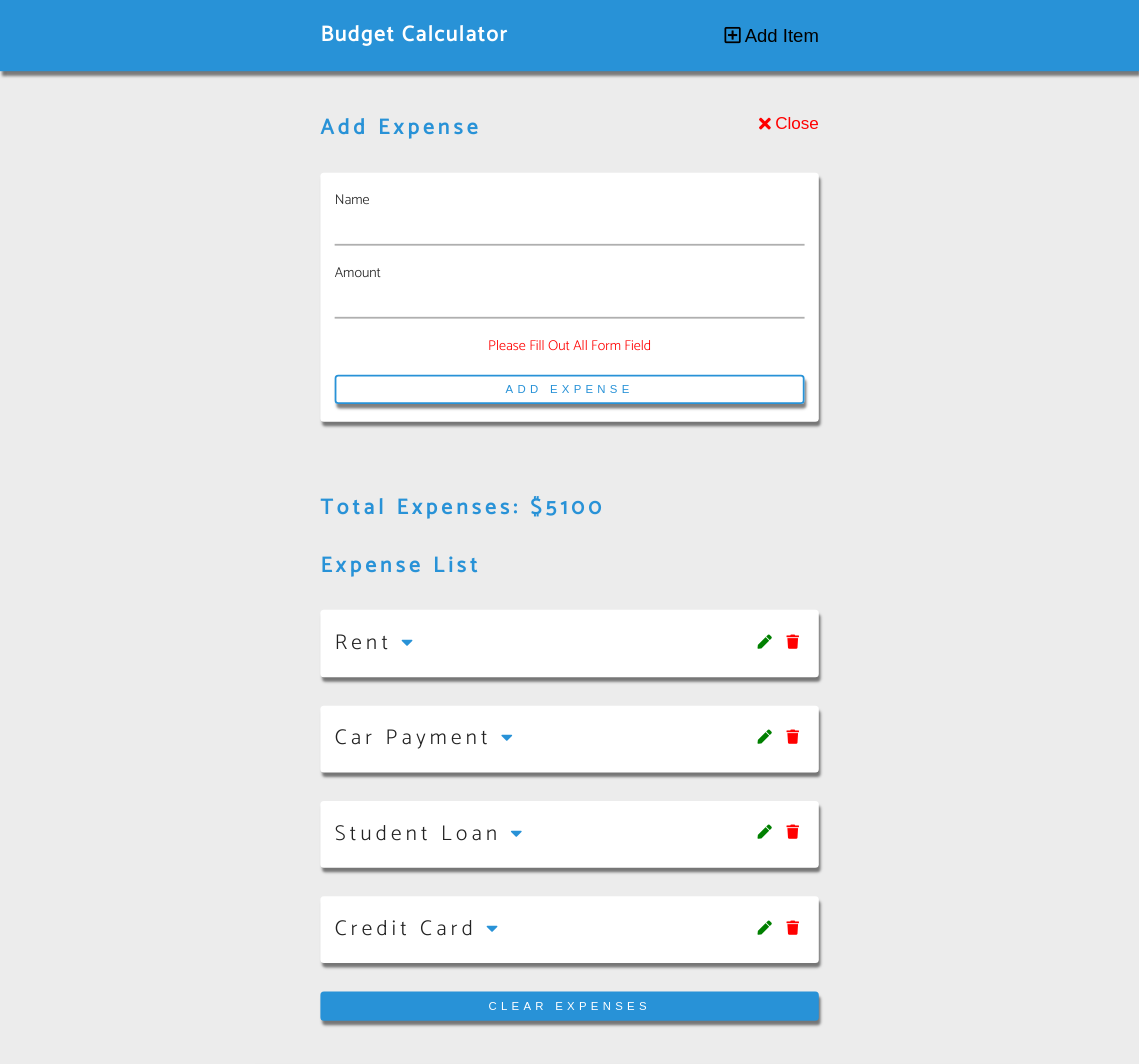
Repository: webdril/budget
Page: /
The author's editor kept a copy of each file at every save. The page is drawn from the files as they stood at one save, then again after the next save.
The browser window is 1280 px wide. The pictures show the whole page, at 89% of full size.
The project was rebuilt for these pictures with package versions that can differ from the ones it lists, and the page was loaded fresh each time.

Above is the page before, as saved 2020-03-13 21:38:41.

### public/index.html
<!DOCTYPE html>
<html lang="en">
<head>
	<meta charset='utf-8'>
	<meta name='viewport' content='width=device-width,initial-scale=1'>

	<title>Budget Calculator</title>

	<link rel='icon' type='image/png' href='/favicon.png'>
	<link rel='stylesheet' href='/global.css'>
	<link rel='stylesheet' href='/build/bundle.css'>
	<!-- Font Awesome -->
	<link rel="stylesheet" href="fontawesome-free-5.11.2-web/css/all.min.css">

	<script defer src='/build/bundle.js'></script>
</head>

<body>
</body>
</html>

### src/App.svelte
<script>
import {setContext} from 'svelte';
// components
import Navbar from './Navbar.svelte'
import ExpensesList from './ExpensesList.svelte'
import Totals from './Totals.svelte'
import ExpenseForm from './ExpenseForm.svelte'

// Data
import expensesData from './expenses';

// variables
let expenses = [...expensesData];
// reactive
$: total = expenses.reduce((acc, curr) => {
	console.log(acc, curr.amount);
	return(acc += curr.amount);
},0);

// functions
function removeExpense(id){
	expenses = expenses.filter(item =>item.id !== id);
}
function clearExpenses(){
	expenses = [];
}

// context
setContext('remove', removeExpense)
</script>

<!-- CSS/STYLING -->

<Navbar />
<main class="content">
<ExpenseForm />
	<Totals title="total expenses" {total} />
	<ExpensesList {expenses}/>
	<button type="button" class="btn btn-primary btn-block" on:click={clearExpenses}> Clear Expenses</button>
</main>

### src/Navbar.svelte
<nav class="nav">
	<div class="nav-center">
		<h1 class="nav-title">Budget Calculator</h1>
		<button type="button" class="nav-btn">
			<i class="far fa-plus-square" />
			Add Item
		</button>
	</div>
</nav>

### src/ExpensesList.svelte
<script>
import SectionTitle from './Title.svelte';
import Expense from './Expense.svelte';
export let expenses = [];
</script>

<style>
    h2 {
        text-transform: capitalize;
    }
</style>

<section>
    <SectionTitle title= 'expense list' />
    <ul>
        {#each expenses as expense, index}
            <!-- <Expense {expense}/> -->
            <!-- Anothr way below -->
            <Expense {...expense} />
            {:else}
                <h2>No Expenses added to the list</h2>
        {/each}
    </ul>
</section>

### src/Totals.svelte
<script>
export let title = 'default title';
export let total = 0;
</script>




<section class="main-title">
<h2>{title}: ${total}</h2>
</section>

### src/ExpenseForm.svelte
<script>
import Title from './Title.svelte'
let name = "";
let amount = null;
</script>

<section class="form">
    <Title title= "add expense" />
    <form class="expense-form">
        <div class="form-control">
            <label for="name">Name</label>
            <input type="text" id="name" bind:value={name} />
        </div>
        <div class="form-control">
            <label for="amount">amount</label>
            <input type="number" id="amount" bind:value={amount}/>
        </div>
        <p class="form-empty">Please fill out all form field</p>
        <button type="submit" class="btn btn-block">add expense</button>
        <button type="button" class="close-btn">
        <i class="fas fa-times" />close
        </button>
    </form>
</section>

### src/Title.svelte
<script>
export let title = "default title";

</script>


<div class="main-title">
 <h2>{title}</h2>
</div>

### src/Expense.svelte
<script>
import {getContext} from 'svelte';
// export let expense
// let {name, amount} = expense
// Another method below
export let id;
export let name = "";
export let amount =0;
let displayAmount = false;

function toggleAmount () {
    displayAmount = !displayAmount
}
const removeExpense = getContext('remove');
</script>

<article class="single-expense">
    <div class="expense-infor">
        <h2>{name}
            <button class="amount-btn" on:click={toggleAmount}>
                <i class="fas fa-caret-down" />
            </button>
        </h2>
        {#if displayAmount}
        <h4>amount: ${amount}</h4>
        {/if}
    </div>
    <div class="expense-button">
        <button class="expense-btn edit-btn">
            <i class="fas fa-pen" />
        </button>
          <button class="expense-btn delete-btn"
          on:click={removeExpense(id)}>

            <i class="fas fa-trash" />
        </button>
    </div>
</article>

### public/global.css
/*
======
Fonts
======
*/
@import url("https://fonts.googleapis.com/css?family=Catamaran:300,400&display=swap");
/*
======
Variables
======
*/
:root {
  --primaryColor: #2892d7;
  --mainWhite: #fff;
  --offWhite: #f7f7f7;
  --mainBlack: #222;
  --mainGrey: #ececec;
  --darkGrey: #afafaf;
  --mainTransition: all 0.3s linear;
  --mainSpacing: 0.3rem;
  --lightShadow: 2px 5px 3px 0px rgba(0, 0, 0, 0.5);
  --darkShadow: 4px 10px 5px 0px rgba(0, 0, 0, 0.5);
  --mainBorderRadius: 0.25rem;
}
/*
======
Global Styles
======
*/
* {
  margin: 0;
  padding: 0;
  box-sizing: border-box;
}

body {
  font-family: "Catamaran", sans-serif;
  color: var(--mainBlack);
  background: var(--mainGrey);
  line-height: 1.4;
  font-size: 1rem;
  font-weight: 300;
}
h1,
h2,
h3,
h4,
h5,
h6 {
  font-family: "Catamaran", sans-serif;
  margin-bottom: 1.25rem;
  letter-spacing: var(--mainSpacing);
}
p {
  margin-bottom: 1.25rem;
}
ul {
  list-style-type: none;
}
a {
  text-decoration: none;
  color: var(--mainBlack);
}
/*
======
Buttons
======
*/
.btn,
.btn-white,
.btn-primary {
  text-transform: uppercase;
  letter-spacing: var(--mainSpacing);
  color: var(--primaryColor);
  border: 2px solid var(--primaryColor);
  padding: 0.45rem 0.8rem;
  display: inline-block;
  transition: var(--mainTransition);
  cursor: pointer;
  font-size: 0.8rem;
  border-radius: var(--mainBorderRadius);
  background: transparent;
}
.btn:hover {
  background: var(--primaryColor);
  color: var(--mainWhite);
}
.btn-white {
  background: transparent;
  color: var(--primaryColor);
  border-color: var(--primaryColor);
}
.btn-white:hover {
  background: var(--mainWhite);
  color: var(--primaryColor);
}
.btn-primary {
  background: var(--primaryColor);
  color: var(--mainWhite);
  border-color: var(--primaryColor);
}
.btn-primary:hover {
  background: transparent;
  color: var(--primaryColor);
}
.btn-block {
  width: 100%;
  display: block;
  margin: 0 auto;
  box-shadow: var(--lightShadow);
}
.disabled {
  color: var(--darkGrey);
  border-color: var(--darkGrey);
}
.disabled:hover {
  background: transparent;
  color: var(--darkGrey);
  border-color: var(--darkGrey);
}
/*
======
Navbar
======
*/
.nav {
  background: var(--primaryColor);
  height: 5rem;
  display: flex;
  align-items: center;
  box-shadow: var(--lightShadow);
}

.nav-center {
  width: 85%;
  max-width: 35rem;
  margin: 0 auto;
  display: flex;
  justify-content: space-between;
}
.nav-title {
  text-transform: capitalize;
  color: var(--mainWhite);
  margin-bottom: 0;
  letter-spacing: 2px;
}
.nav-btn {
  background: transparent;
  font-size: 1.3rem;
  border: none;
  cursor: pointer;
  text-transform: capitalize;
  transition: var(--mainTransition);
}
.nav-btn:hover {
  color: var(--darkGrey);
}
/*
======
Content
======
*/
.content {
  padding: 3rem 0;
  width: 85vw;
  max-width: 35rem;
  margin: 0 auto;
}

/*
======
Main Title
======
*/
.main-title {
  text-transform: capitalize;
  color: var(--primaryColor);
  margin-bottom: 2rem;
}
/*
======
Single Expense
======
*/
.single-expense {
  display: flex;
  justify-content: space-between;
  text-transform: capitalize;
  align-items: center;
  margin-bottom: 2rem;
  padding: 1.3rem 1rem;
  border-radius: var(--mainBorderRadius);
  background: var(--mainWhite);
  box-shadow: var(--lightShadow);
}
.single-expense h2 {
  margin-bottom: 0;
  font-weight: 300;
}
.single-expense h4 {
  margin-bottom: 0;
  margin-top: 1rem;
  font-weight: 300;
  color: var(--primaryColor);
}

.expense-btn {
  font-size: 1rem;
  background: transparent;
  border: none;
  margin: 0 0.4rem;
  transition: var(--mainTransition);
  cursor: pointer;
}
.expense-btn:hover {
  transform: scale(1.2);
}
.amount-btn {
  font-size: 1.3rem;
  background: transparent;
  border: none;
  cursor: pointer;
  color: var(--primaryColor);
}
.delete-btn {
  color: red;
}
.edit-btn {
  color: green;
}
/*
======
Expense Form
======
*/

.expense-form {
  background: var(--mainWhite);
  padding: 1.25rem 1rem;
  text-transform: capitalize;
  border-radius: var(--mainBorderRadius);
  box-shadow: var(--lightShadow);
}

.form-control label {
  display: block;
}
.form-control input {
  width: 100%;
  border: none;
  border-bottom: 2px solid var(--darkGrey);
  margin-bottom: 1.25rem;
  padding: 0.5rem;
  font-size: 1.2rem;
}
.form-empty {
  text-align: center;
  color: red;
}
.form {
  position: relative;
  margin-bottom: 5rem;
}
.close-btn {
  position: absolute;
  top: 0;
  right: 0;
  font-size: 1.2rem;
  text-transform: capitalize;
  display: flex;
  align-items: center;
  width: 4.2rem;
  justify-content: space-between;
  background: transparent;
  border: none;
  color: red;
  cursor: pointer;
}
/*
======
Modal
======
*/
.modal-container {
  position: fixed;
  top: 0;
  left: 0;
  right: 0;
  bottom: 0;
  background: rgba(0, 0, 0, 0.7);
  z-index: 2;
}
.modal-content {
  background: var(--mainWhite);
  width: 85vw;
  max-width: 35rem;
  margin: 0 auto;
  margin-top: 5rem;
  padding: 3rem;
  border-radius: var(--mainBorderRadius);
  position: relative;
}
.modal-content .expense-form {
  box-shadow: none;
}
.modal-container .form {
  margin-bottom: 0;
}
.modal-container .expense-form {
  padding: 1.25rem 0;
}
.modal-container .form {
  position: static;
}
.modal-container .close-btn {
  top: 2%;
  right: 3%;
}
/*
======
Github Users
======
*/

.user {
  margin: 2rem 0;
  box-shadow: var(--lightShadow);
  display: grid;
  grid-template-columns: auto 1fr;
  border-radius: var(--mainBorderRadius);
  grid-column-gap: 2rem;
  background: var(--mainWhite);
}
.user img {
  width: 6rem;
  border-top-left-radius: var(--mainBorderRadius);
  border-bottom-left-radius: var(--mainBorderRadius);
}
.user-info {
  padding-top: 0.75rem;
}
.user-info h3 {
  margin-bottom: 0.75rem;
}

Loaded but not shown: src/main.js (common file); src/expenses.js (common file); public/fontawesome-free-5.11.2-web/css/all.min.css (library)

After the next save:
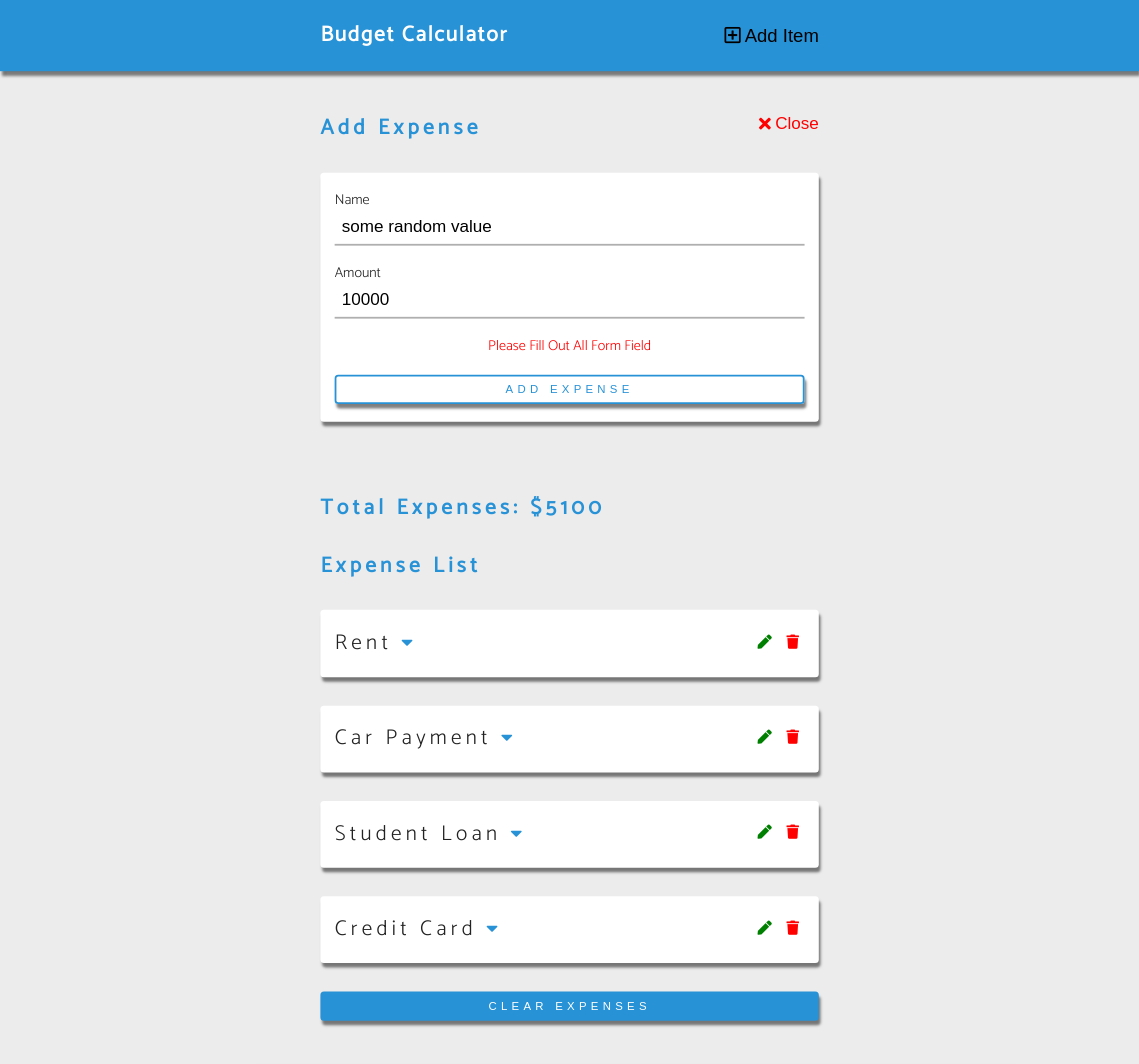
Saved 22 s later.
--- a/src/ExpenseForm.svelte
+++ b/src/ExpenseForm.svelte
@@ -1,7 +1,7 @@
 <script>
 import Title from './Title.svelte'
-let name = "";
-let amount = null;
+let name = "some random value";
+let amount = 10000;
 </script>
 
 <section class="form">
